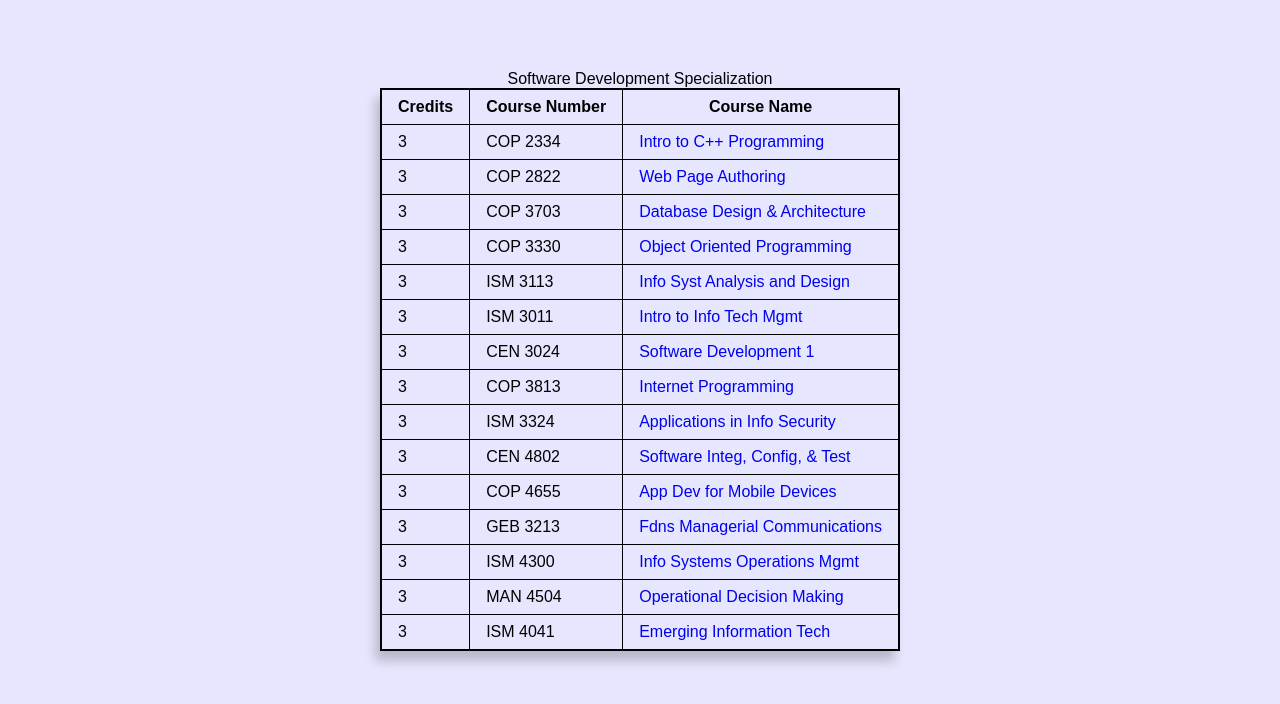
Repository: mlmEFSC21/P3-DegreeSpecializationTable
Page: index.html
An editor plug-in stored every save of this project. The page is shown before and after the next save, followed by the edit.
The browser window is 1280 px wide. The pictures show the whole page.
Some web fonts or font styles are not loaded; a fallback is used.

Above is the page before, as saved 2022-02-01 21:20:38.

### index.html
<!DOCTYPE html>
<html lang="en">
    <head>
        <meta charset="UTF-8" />
        <meta http-equiv="X-UA-Compatible" content="IE=edge" />
        <meta name="viewport" content="width=device-width, initial-scale=1.0" />
        <link rel="stylesheet" href="tableStyles.css" />
        <title>Degree Specialization Table</title>
    </head>
    <body>
        <table>
            <caption class="tableTitle">
                Software Development Specialization
            </caption>
            <thead>
                <tr class="colTitles">
                    <th>Credits</th>
                    <th>Course Number</th>
                    <th>Course Name</th>
                </tr>
            </thead>
            <tbody>
                <tr>
                    <td>3</td>
                    <td>COP 2334</td>
                    <td>
                        <a
                            href="https://bannerweb.easternflorida.edu/prod/bwckctlg.p_disp_course_detail?cat_term_in=202210&subj_code_in=COP&crse_numb_in=1000"
                            >Intro to C++ Programming</a
                        >
                    </td>
                </tr>
                <tr>
                    <td>3</td>
                    <td>COP 2822</td>
                    <td>
                        <a
                            href="https://bannerweb.easternflorida.edu/prod/bwckctlg.p_disp_course_detail?cat_term_in=202210&subj_code_in=COP&crse_numb_in=2822"
                            >Web Page Authoring</a
                        >
                    </td>
                </tr>
                <tr>
                    <td>3</td>
                    <td>COP 3703</td>
                    <td>
                        <a
                            href="https://bannerweb.easternflorida.edu/prod/bwckctlg.p_disp_course_detail?cat_term_in=202210&subj_code_in=COP&crse_numb_in=3703"
                            >Database Design & Architecture</a
                        >
                    </td>
                </tr>
                <tr>
                    <td>3</td>
                    <td>COP 3330</td>
                    <td>
                        <a
                            href="https://bannerweb.easternflorida.edu/prod/bwckctlg.p_disp_course_detail?cat_term_in=202210&subj_code_in=COP&crse_numb_in=3330"
                            >Object Oriented Programming</a
                        >
                    </td>
                </tr>
                <tr>
                    <td>3</td>
                    <td>ISM 3113</td>
                    <td>
                        <a
                            href="https://bannerweb.easternflorida.edu/prod/bwckctlg.p_disp_course_detail?cat_term_in=202210&subj_code_in=ISM&crse_numb_in=3113"
                            >Info Syst Analysis and Design</a
                        >
                    </td>
                </tr>
                <tr>
                    <td>3</td>
                    <td>ISM 3011</td>
                    <td>
                        <a
                            href="https://bannerweb.easternflorida.edu/prod/bwckctlg.p_disp_course_detail?cat_term_in=202210&subj_code_in=ISM&crse_numb_in=3011"
                            >Intro to Info Tech Mgmt</a
                        >
                    </td>
                </tr>
                <tr>
                    <td>3</td>
                    <td>CEN 3024</td>
                    <td>
                        <a
                            href="https://bannerweb.easternflorida.edu/prod/bwckctlg.p_disp_course_detail?cat_term_in=202210&subj_code_in=CEN&crse_numb_in=3024"
                            >Software Development 1</a
                        >
                    </td>
                </tr>
                <tr>
                    <td>3</td>
                    <td>COP 3813</td>
                    <td>
                        <a
                            href="https://bannerweb.easternflorida.edu/prod/bwckctlg.p_disp_course_detail?cat_term_in=202210&subj_code_in=COP&crse_numb_in=3813"
                            >Internet Programming</a
                        >
                    </td>
                </tr>
                <tr>
                    <td>3</td>
                    <td>ISM 3324</td>
                    <td>
                        <a
                            href="https://bannerweb.easternflorida.edu/prod/bwckctlg.p_disp_course_detail?cat_term_in=202210&subj_code_in=ISM&crse_numb_in=3324"
                            >Applications in Info Security</a
                        >
                    </td>
                </tr>
                <tr>
                    <td>3</td>
                    <td>CEN 4802</td>
                    <td>
                        <a
                            href="https://bannerweb.easternflorida.edu/prod/bwckctlg.p_disp_course_detail?cat_term_in=202210&subj_code_in=CEN&crse_numb_in=4802"
                            >Software Integ, Config, & Test</a
                        >
                    </td>
                </tr>
                <tr>
                    <td>3</td>
                    <td>COP 4655</td>
                    <td>
                        <a
                            href="https://bannerweb.easternflorida.edu/prod/bwckctlg.p_disp_course_detail?cat_term_in=202210&subj_code_in=COP&crse_numb_in=4655"
                            >App Dev for Mobile Devices</a
                        >
                    </td>
                </tr>
                <tr>
                    <td>3</td>
                    <td>GEB 3213</td>
                    <td>
                        <a
                            href="https://bannerweb.easternflorida.edu/prod/bwckctlg.p_disp_course_detail?cat_term_in=202210&subj_code_in=GEB&crse_numb_in=3213"
                            >Fdns Managerial Communications</a
                        >
                    </td>
                </tr>
                <tr>
                    <td>3</td>
                    <td>ISM 4300</td>
                    <td>
                        <a
                            href="https://bannerweb.easternflorida.edu/prod/bwckctlg.p_disp_course_detail?cat_term_in=202210&subj_code_in=ISM&crse_numb_in=4300"
                            >Info Systems Operations Mgmt</a
                        >
                    </td>
                </tr>
                <tr>
                    <td>3</td>
                    <td>MAN 4504</td>
                    <td>
                        <a
                            href="https://bannerweb.easternflorida.edu/prod/bwckctlg.p_disp_course_detail?cat_term_in=202210&subj_code_in=MAN&crse_numb_in=4504"
                            >Operational Decision Making</a
                        >
                    </td>
                </tr>
                <tr>
                    <td>3</td>
                    <td>ISM 4041</td>
                    <td>
                        <a
                            href="https://bannerweb.easternflorida.edu/prod/bwckctlg.p_disp_course_detail?cat_term_in=202210&subj_code_in=ISM&crse_numb_in=4041"
                            >Emerging Information Tech</a
                        >
                    </td>
                </tr>
            </tbody>
        </table>
    </body>
</html>

### tableStyles.css
@import url("https://fonts.googleapis.com/css2?family=Spectral:wght@400&display=swap");

:root {
    --clr-prime: #003c5e;
    --clr-second: #1a2028;
    --clr-accent: #8fb500;
    --clr-font-prime: #5b8ead;
    --clr-font-second: black;
    --clr-background: #e6e6ff;
}
*,
*::before,
*::after {
    margin: 0;
    padding: 0;
    box-sizing: border-box;
}
body {
    font-family: Spectral, sans-serif;
    height: 100vh;
    display: grid;
    align-items: center;
    justify-content: center;
    background-color: var(--clr-background);
}
table {
    border-collapse: collapse;
    box-shadow: -5px 10px 10px rgba(0, 0, 0, 0.2);
    border: 2px solid black;
    padding: 0.25rem;
}
thead {
    font-weight: 900;
}
th {
    border: 1px solid black;
    padding: 0.5rem 1rem;
}
td {
    border: 1px solid black;
    padding: 0.5rem 1rem;
    align-items: center;
    justify-content: center;
}
a {
    text-decoration: none;
}

After the next save:
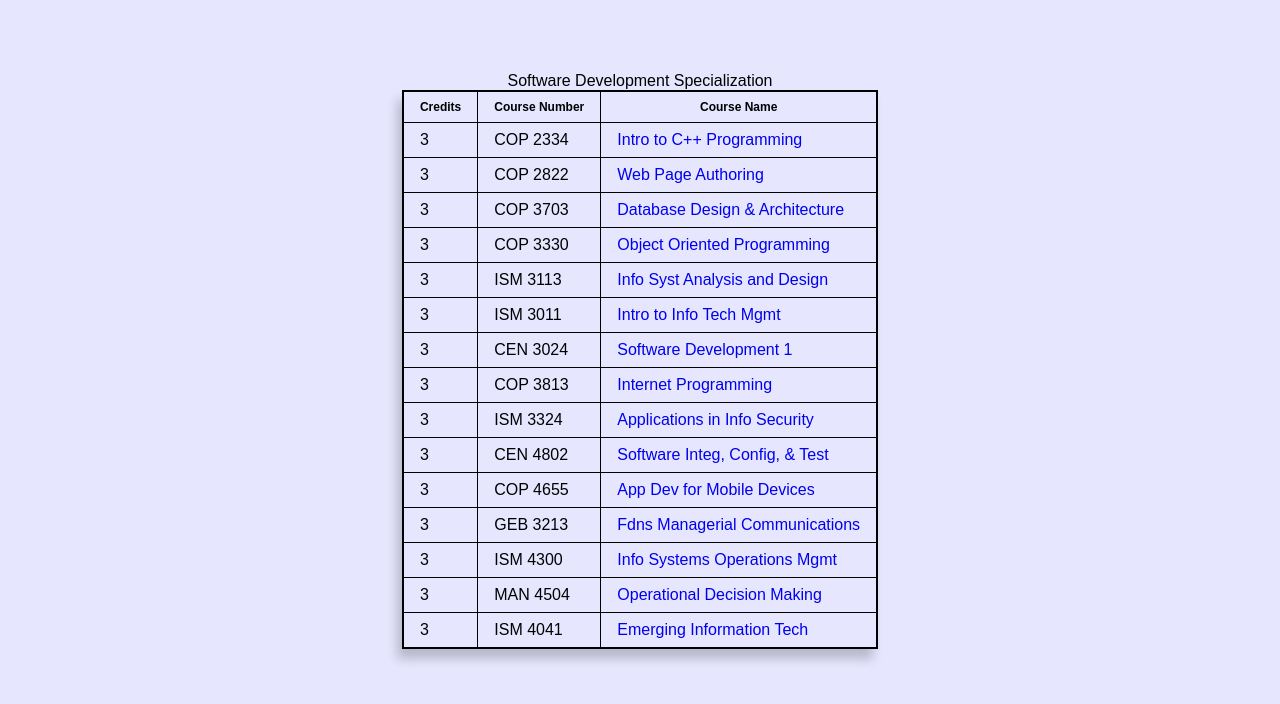
Saved 26 s later.
--- a/tableStyles.css
+++ b/tableStyles.css
@@ -30,6 +30,7 @@ table {
     padding: 0.25rem;
 }
 thead {
+    font-size: 0.75rem;
     font-weight: 900;
 }
 th {
